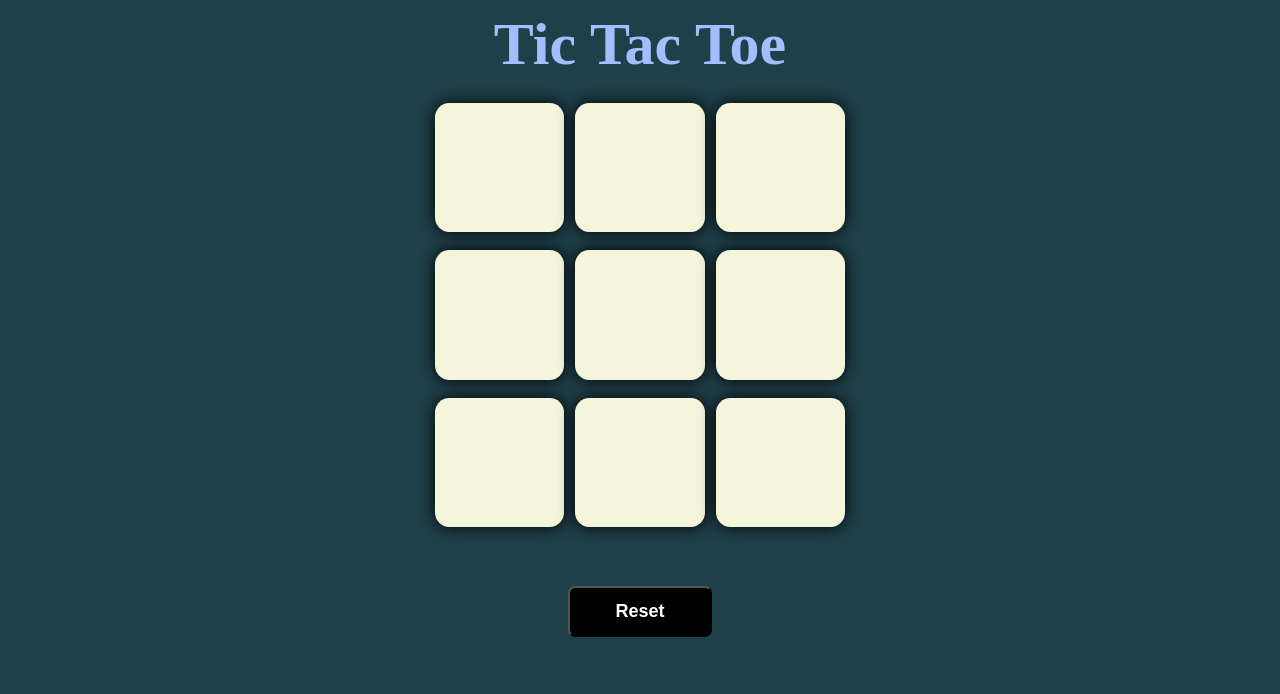
Repository: AreezAnsari/Tic-Tac-Toe
Page: Game/Game.html
An editor plug-in stored every save of this project. The page is shown before and after the next save, followed by the edit.
The browser window is 1280 px wide. The pictures show the whole page.

Above is the page before, as saved 2025-06-01 07:44:36.
Console error: TypeError: box.addEventListener is not a function

After the next save:
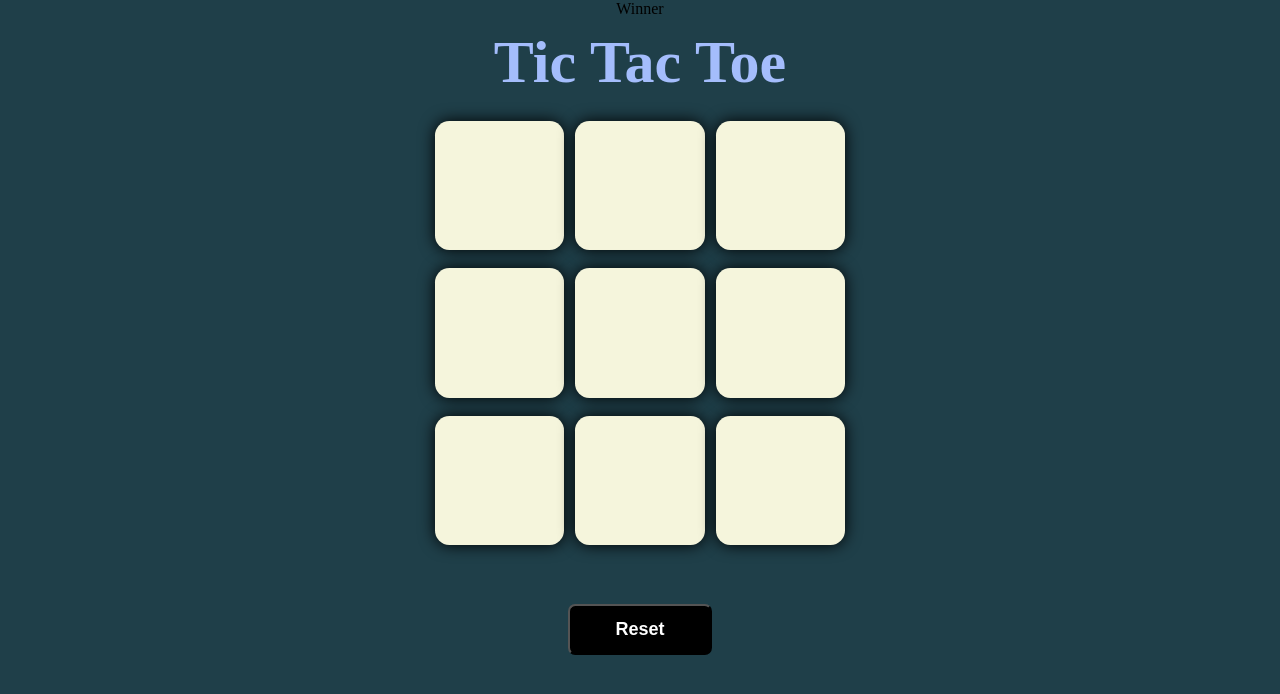
Saved 7 h 44 min later.
--- a/Game/Game.html
+++ b/Game/Game.html
@@ -7,6 +7,9 @@
     <link rel="stylesheet" href="Game.css">
 </head>
 <body>
+    <div class="msg-container">
+        <p class="msg">Winner</p>
+    </div>
     <main>
         <h1>Tic Tac Toe</h1>
     <div class="container">
